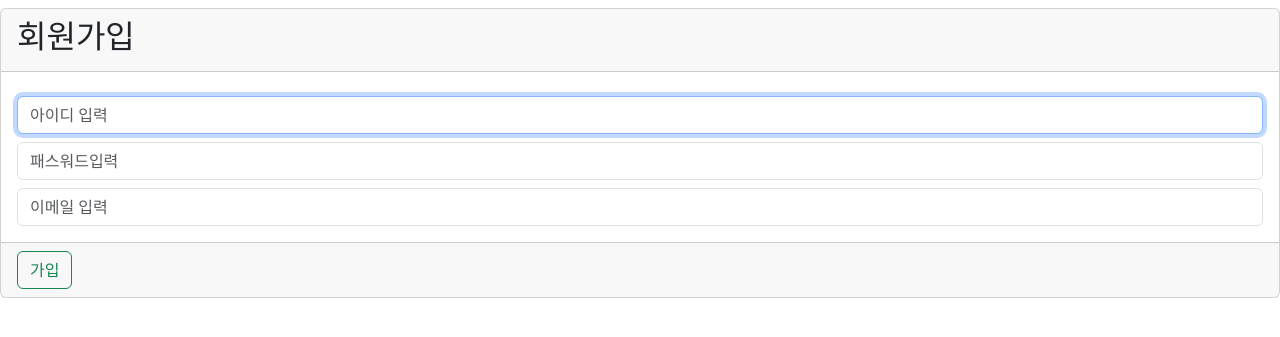
Repository: ldj0905/javaproject
Page: http://localhost/lab05_jsp/user/signup
These files come from the project's save history. The page is drawn as it stood at one moment and after the next save; the edit follows.
The browser window is 1280 px wide. The pictures show the whole page.
The page is served by Tomcat 10.

Above is the page before, as saved 2024-05-30 10:05:30.

After the next save:
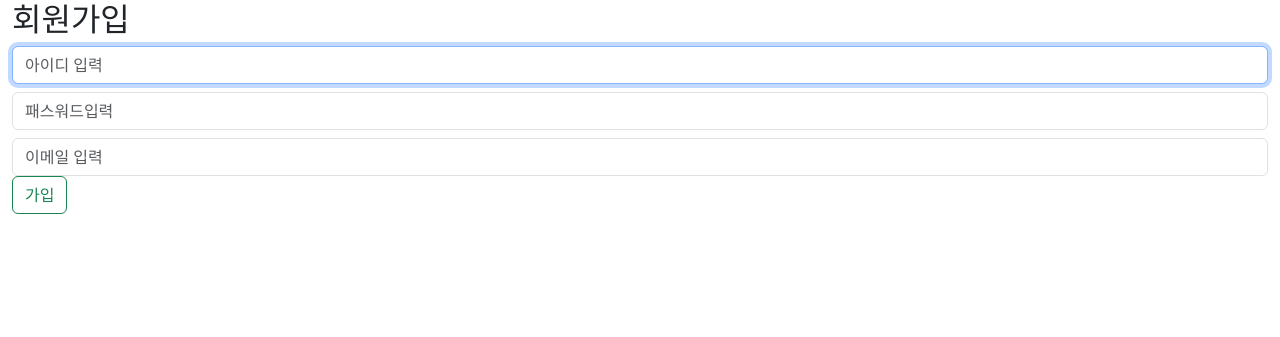
Saved 5 min 11 s later.
--- a/lab05_jsp/src/main/webapp/WEB-INF/views/user/signup.jsp
+++ b/lab05_jsp/src/main/webapp/WEB-INF/views/user/signup.jsp
@@ -16,7 +16,7 @@
 <body>
     <!-- TODO: 회원 가입 양식(form) -->
     <main>
-        <div class="mt-2 card">
+        <div class="container-fluid">
             <div class="card-header">
                 <h2>회원가입</h2>
             </div>
